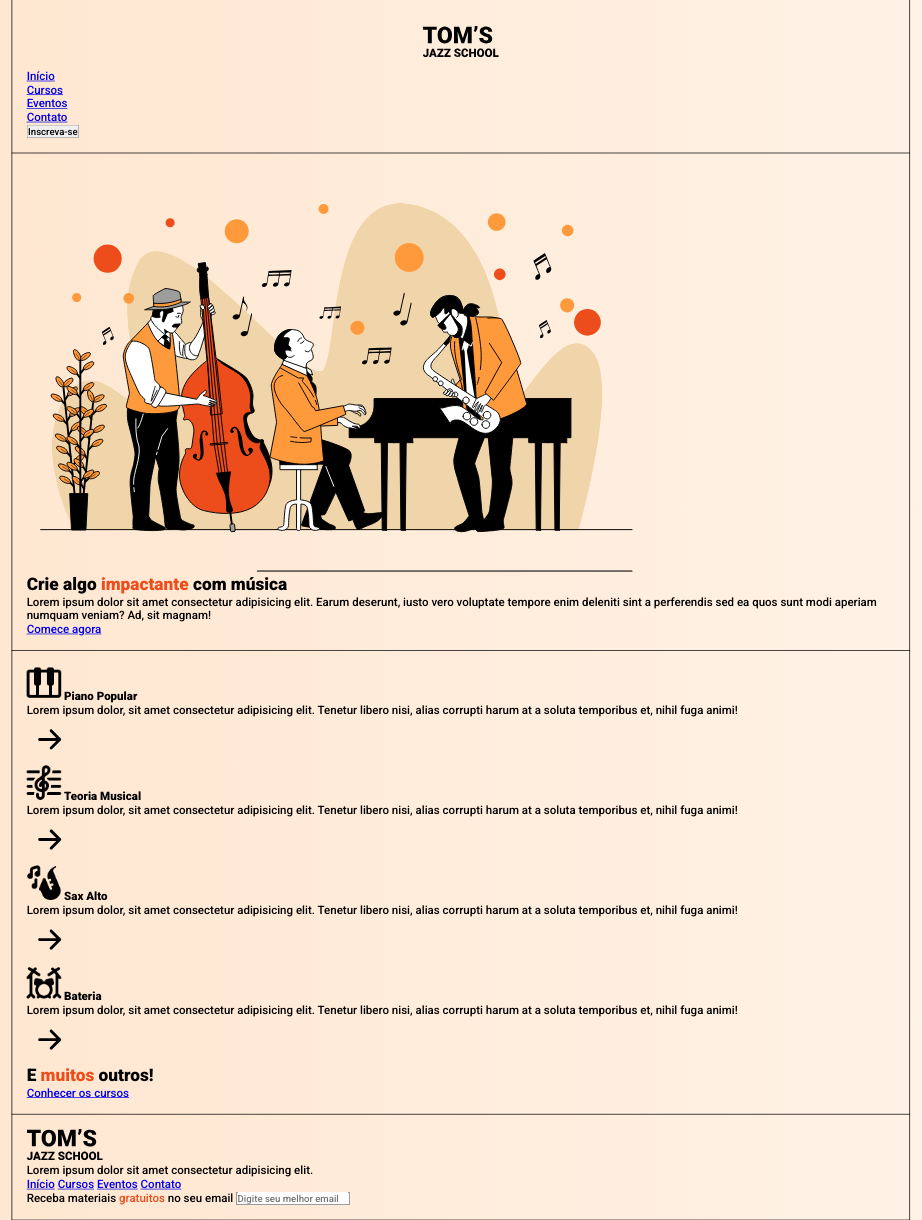
Repository: tenoriodasilva31/OBC-Music-School
Page: index.html
These files come from the project's save history. The page is drawn as it stood at one moment and after the next save; the edit follows.
The browser window is 1280 px wide. The pictures show the whole page, at 72% of full size.

Above is the page before, as saved 2023-07-05 17:13:42.

### index.html
<!DOCTYPE html>
<html lang="pt-BR">
<head>
    <meta charset="UTF-8">
    <meta name="viewport" content="width=device-width, initial-scale=1.0">
    <title>Tom's Jazz School</title>

    <link rel="preconnect" href="https://fonts.googleapis.com">
    <link rel="preconnect" href="https://fonts.gstatic.com" crossorigin>

    <link rel="stylesheet" href="index.css">

    <link href="https://fonts.googleapis.com/css2?family=Roboto:wght@500;900&display=swap" rel="stylesheet">
</head>
<body>
    <header>
        <img src="./img/logo.svg" alt="Tom's School">
        <nav class="mt-1 nx-auto">
            <a href="#">Início</a>
            <a href="#">Cursos</a>
            <a href="#">Eventos</a>
            <a href="#">Contato</a>
        </nav>
        <button href="#" class="button">Inscreva-se</button>
    </header>
    <main>
        <section class="hero-section">
            <img src="/img/hero-img.svg" alt="Banda de jazz se apresentando">
            <div>
                <h1>Crie algo <span class="text-primary">impactante</span> com música</h1>
                <p>Lorem ipsum dolor sit amet consectetur adipisicing elit. Earum deserunt, iusto vero voluptate tempore enim deleniti sint a perferendis sed ea quos sunt modi aperiam numquam veniam? Ad, sit magnam!</p>
                <a href="#" class="button">Comece agora</a>
            </div>
        </section>
        <section class="courses-section">
            <div class="cards">
            <article>

                <img src="/img/piano.png" alt="icone de teclas de piano">
                <strong>Piano Popular</strong>
                <p>Lorem ipsum dolor, sit amet consectetur adipisicing elit. Tenetur libero nisi, alias corrupti harum at a soluta temporibus et, nihil fuga animi!</p>
                <a href="#">
                    <img src="/img/arrow-right.svg" alt="Ir para página do curso">
                </a>
            </article>
            <article>
                <img src="/img/clef.png" alt="icone clave">
                <strong>Teoria Musical</strong>
                <p>Lorem ipsum dolor, sit amet consectetur adipisicing elit. Tenetur libero nisi, alias corrupti harum at a soluta temporibus et, nihil fuga animi!</p>
                <a href="#">
                    <img src="/img/arrow-right.svg" alt="Ir para página do curso">
                </a>
            </article>
            <article>
                <img src="/img/sax.png" alt="icone de teclas de piano">
                <strong>Sax Alto</strong>
                <p>Lorem ipsum dolor, sit amet consectetur adipisicing elit. Tenetur libero nisi, alias corrupti harum at a soluta temporibus et, nihil fuga animi!</p>
                <a href="#">
                    <img src="/img/arrow-right.svg" alt="Ir para página do curso">
                </a>
            </article>
            <article>
                <img src="/img/drums.png" alt="icone de teclas de piano">
                <strong>Bateria</strong>
                <p>Lorem ipsum dolor, sit amet consectetur adipisicing elit. Tenetur libero nisi, alias corrupti harum at a soluta temporibus et, nihil fuga animi!</p>
                <a href="#">
                    <img src="/img/arrow-right.svg" alt="Ir para página do curso">
                </a>
            </article>
            </div>
            <h2>E <span class="text-primary">muitos</span> outros!</h2>
            <a href="#" class="button">Conhecer os cursos</a>
        </section>
    </main>

    <footer>
        <div>
            <img src="/img/logo.svg" alt="Tom's School">
            <p>Lorem ipsum dolor sit amet consectetur adipisicing elit. </p>
        </div>
        <nav>
            <a href="#">Início</a>
            <a href="#">Cursos</a>
            <a href="#">Eventos</a>
            <a href="#">Contato</a>
        </nav>
        <form>
            <label for="email">Receba materiais <span class="text-primary">gratuitos</span> no seu email</label>
            <input type="text" name="email" id="email" placeholder="Digite seu melhor email">
        </form>
    </footer>
</body>
</html>

### index.css
* {
    box-sizing: border-box;
    font-family: 'Roboto', sans-serif;
    margin: 0;
    padding: 0;
}

:root {
    --color-primary: #ED4D1B;
    --color-secondary: #FF9a3c;
    --color-black: #000;
    --color-white: #FFF;
}

body {
    background: linear-gradient(90deg, #ffe7d1 0%, #FFF2e6 100%);
    padding: 0 1rem;
}

header,.hero-section, .courses-section, footer {
    border-color: var(--color-black);
    border-style: solid;
    border-width: 0 1px 1px 1px;
    padding: 1.25rem;
}

header img {
    display: block;
    margin: 1rem auto;
}

header nav {
    display: grid;
    grid-template-columns: 1fr, 1fr;
}

.mt-1 {
    margin-top: 1rem;
}

.mt-2 {
    margin-top: 2rem;
}

.mb-1 {
    margin-bottom: 1rem;
}

.mb-2 {
    margin-bottom: 2rem;
}

.mx-auto {
    margin-left: auto;
    margin-right: auto;
}

.text-primary {
    color: var(--color-primary);
}

.text-center {
    text-align: center;
}

After the next save:
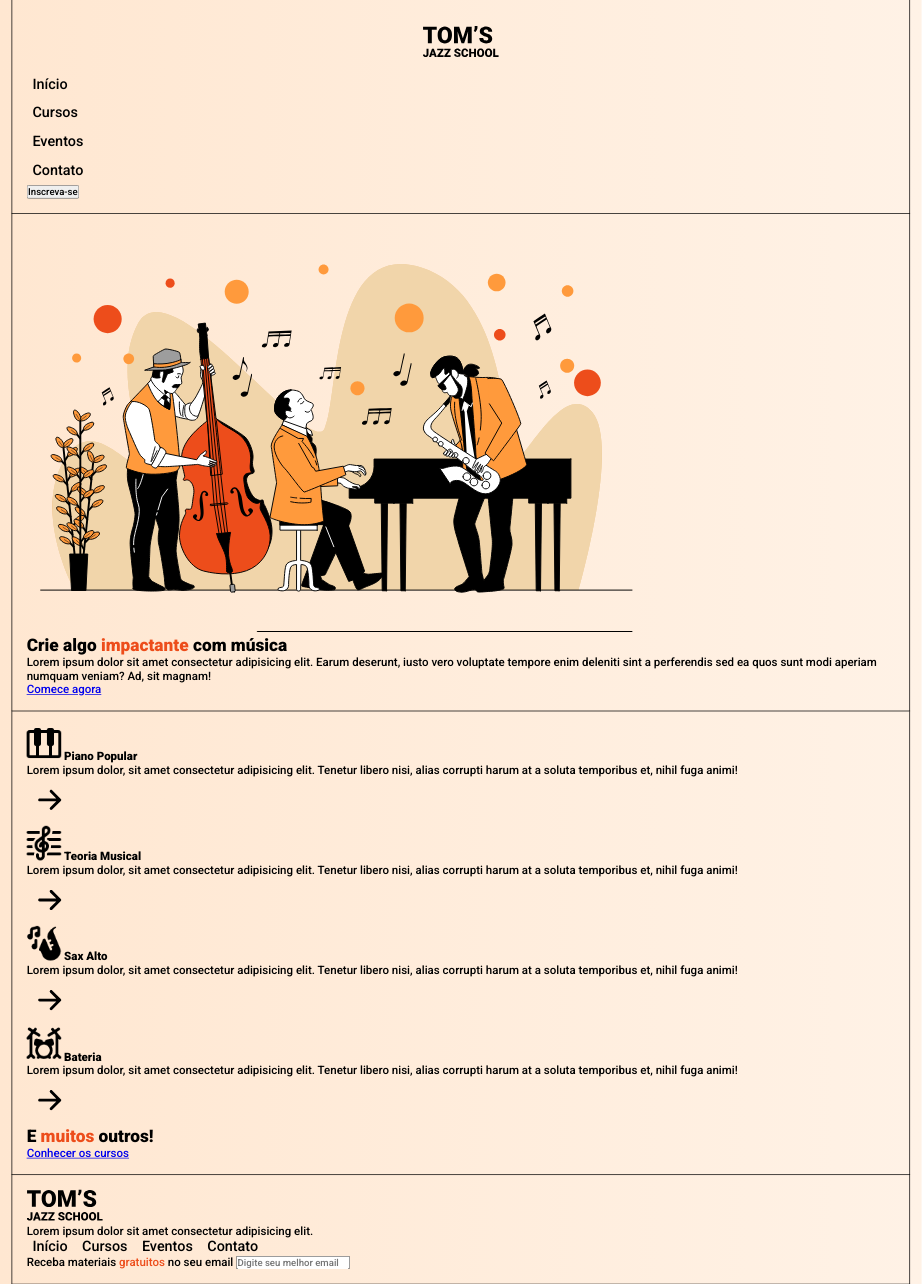
Saved 79 s later.
--- a/index.css
+++ b/index.css
@@ -34,6 +34,14 @@ header nav {
     grid-template-columns: 1fr, 1fr;
 }
 
+nav a {
+    color: var(--color-black);
+    font-size: 1.25rem;
+    padding: .5rem;
+    text-decoration: none;
+}
+
+
 .mt-1 {
     margin-top: 1rem;
 }
